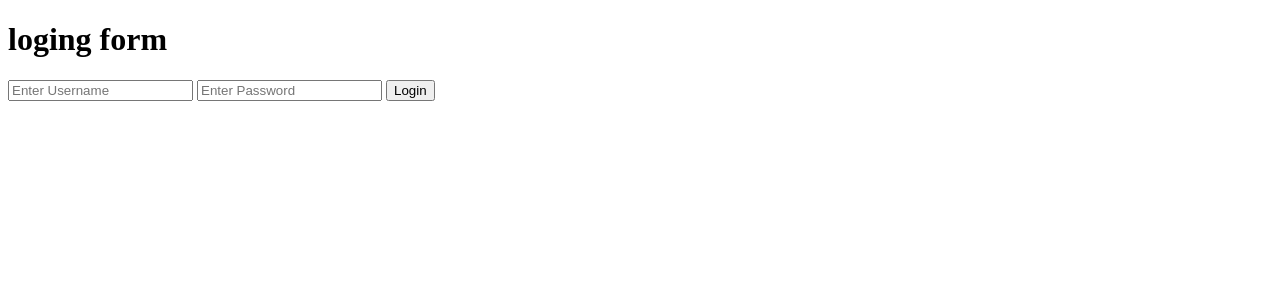
Repository: roshanpatil37407/Full_Stack_Java
Page: Roshans/src/main/webapp/loging.html
These files come from the project's save history. The page is drawn as it stood at one moment and after the next save; the edit follows.
The browser window is 1280 px wide. The pictures show the whole page.

Above is the page before, as saved 2025-09-29 11:09:15.

### Roshans/src/main/webapp/loging.html
<!DOCTYPE html>
<html>
<head>
<meta charset="UTF-8">
<title>Insert title here</title>
</head>
<body>
<h1>loging form </h1>
<form action="servlet" method="post">
    <input type="text" name="username" placeholder="Enter Username">
    <input type="password" name="password" placeholder="Enter Password">
    <button type="submit">Login</button>
</form>

</body>
</html>

After the next save:
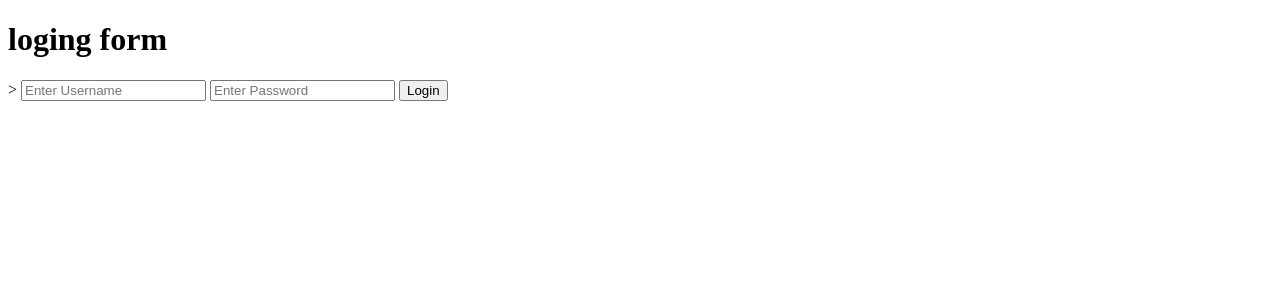
Saved 10 min 27 s later.
--- a/Roshans/src/main/webapp/loging.html
+++ b/Roshans/src/main/webapp/loging.html
@@ -6,7 +6,8 @@
 </head>
 <body>
 <h1>loging form </h1>
-<form action="servlet" method="post">
+<form action="/loging/servlet" method="post">
+>
     <input type="text" name="username" placeholder="Enter Username">
     <input type="password" name="password" placeholder="Enter Password">
     <button type="submit">Login</button>
